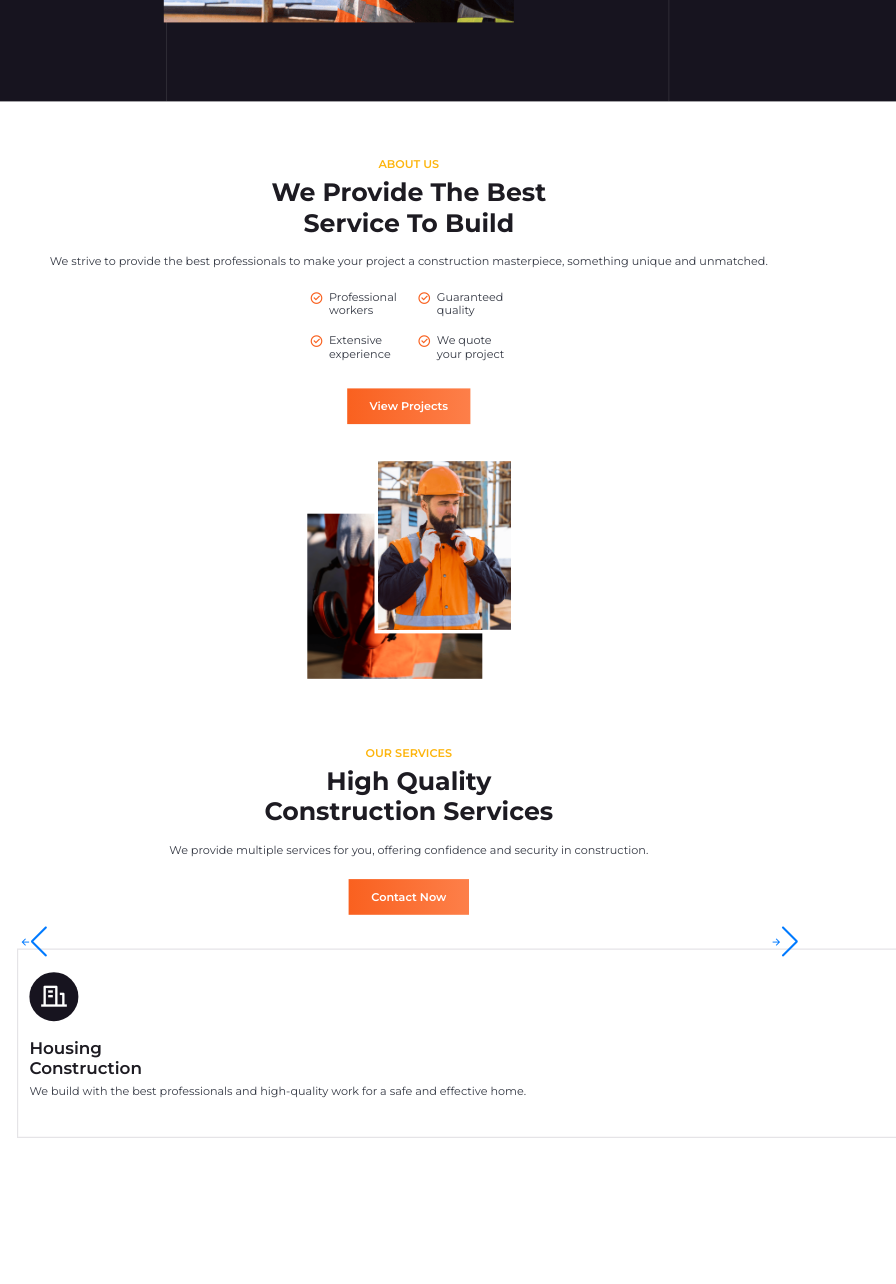
Repository: douglasabnovato/construction
Page: index.html
The author's editor kept a copy of each file at every save. The page is drawn from the files as they stood at one save, then again after the next save.
The browser window is 1280 px wide. The pictures show the part of the page from y = 1677 to 3597 px (the page is 3511 px tall before and 3597 px after), at 70% of full size.

Above is the page before, as saved 2025-05-01 18:09:16.

After the next save:
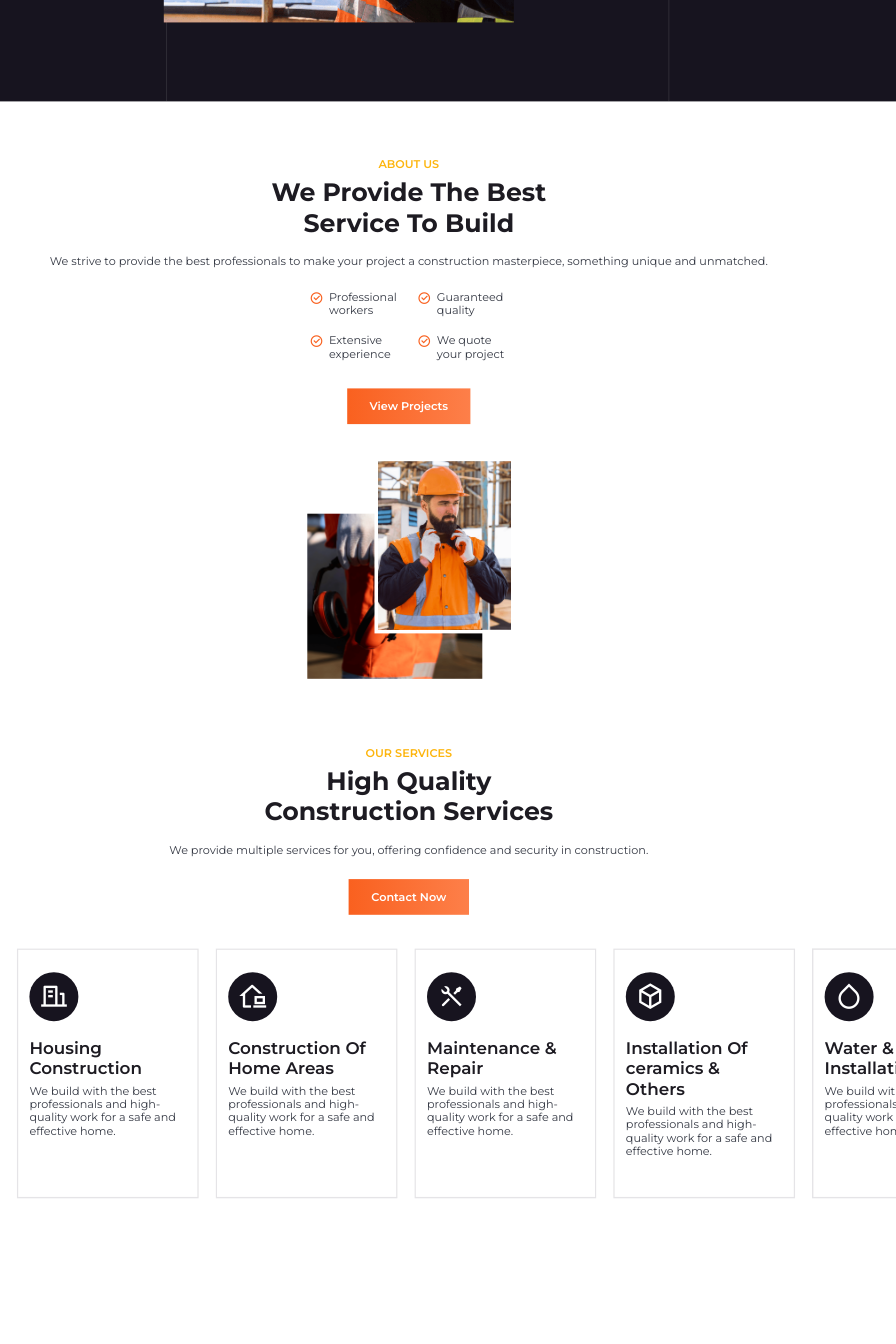
Saved 107 s later.
--- a/assets/js/main.js
+++ b/assets/js/main.js
@@ -41,6 +41,9 @@ bgHeader();
 /*=============== SWIPER SERVICES ===============*/
 const swiperServices = new Swiper(".services__swiper", {
   loop: true,
+  grabCursor: true,
+  spaceBetween: 24,
+  slidesPerView: 'auto',
 
   // Navigation arrows
   navigation: {
